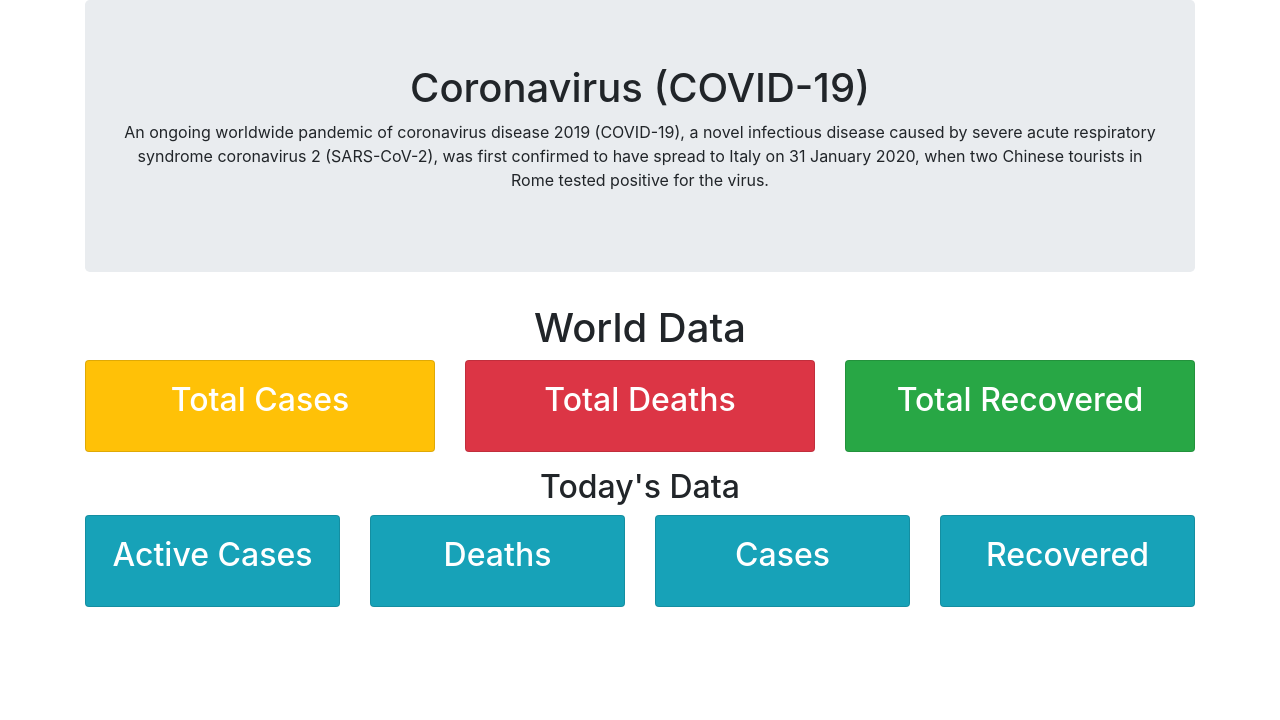
Repository: ahmadsaadkhan/react-covid-app
Page: /
The author's editor kept a copy of each file at every save. The page is drawn from the files as they stood at one save, then again after the next save.
The browser window is 1280 px wide. The pictures show the whole page.
The page's requests for data from a server got no answer. The project was rebuilt for these pictures with package versions that can differ from the ones it lists, and the page was loaded fresh each time. No one was signed in, and anything a server would have sent is missing.

Above is the page before, as saved 2021-04-19 16:03:13.

After the next save:
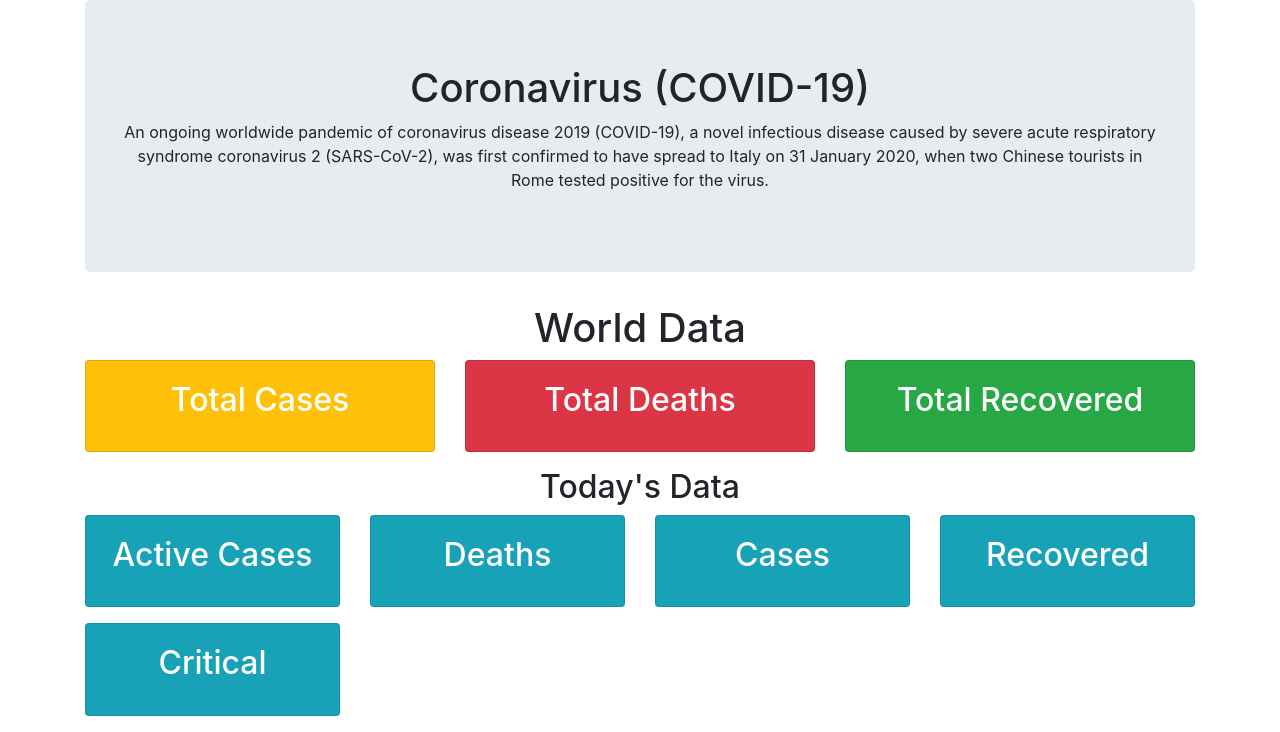
Saved 78 s later.
--- a/src/App.js
+++ b/src/App.js
@@ -106,6 +106,15 @@ function App() {
             </div>
           </div>
 
+          <div className="col-md-3">
+            <div className="card text-white bg-info mb-3">
+              <div className="card-body">
+                <h2 className="card-title">Critical</h2>
+                <p className="card-text h3">{Covid_Data && Covid_Data[0].Serious_Critical}</p>
+              </div>
+            </div>
+          </div>
+
         </div>
 
       </div>
